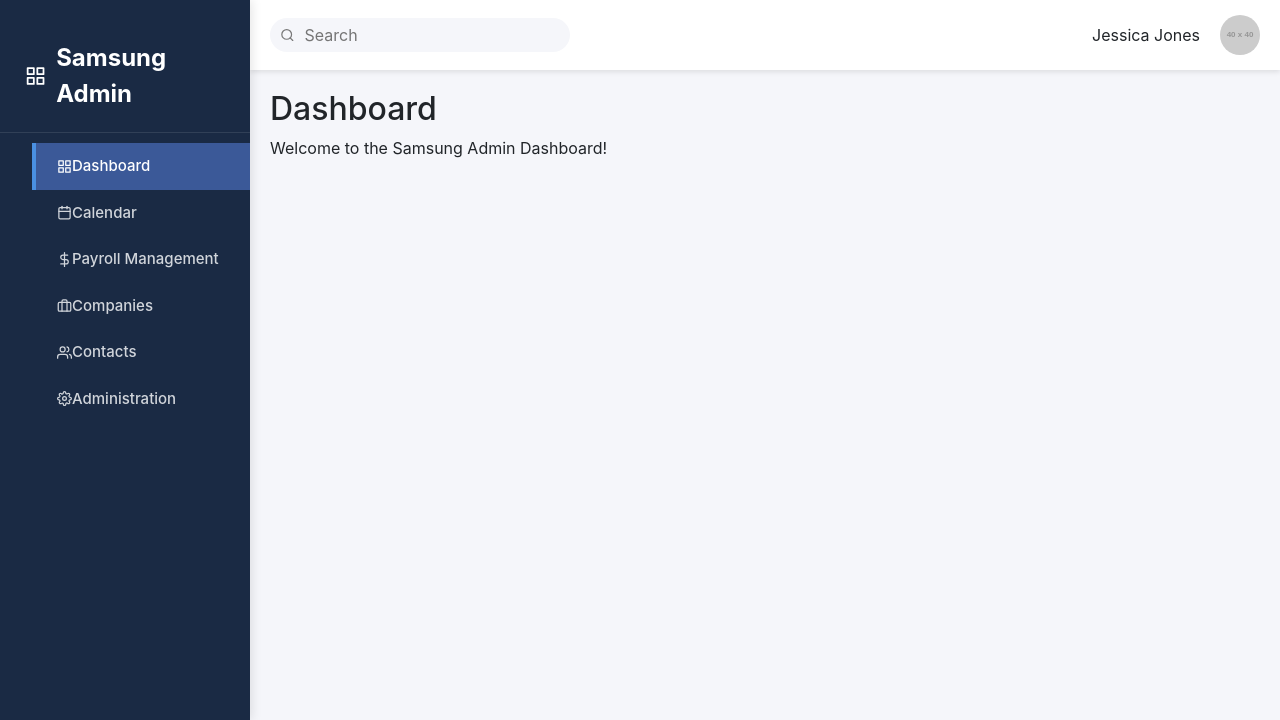
Repository: lenb2109136/HTTTQL
Page: /
These files come from the project's save history. The page is drawn as it stood at one moment and after the next save; the edit follows.
The browser window is 1280 px wide. The pictures show the whole page.
The project was rebuilt for these pictures with package versions that can differ from the ones it lists, and the page was loaded fresh each time.

Above is the page before, as saved 2025-03-28 12:06:49.

### src/index.js
import React from 'react';
import ReactDOM from 'react-dom/client';
import './index.css';
import App from './App';
import reportWebVitals from './reportWebVitals';
import 'bootstrap/dist/css/bootstrap.min.css'; // Import Bootstrap CSS
const root = ReactDOM.createRoot(document.getElementById('root'));
root.render(
  <React.StrictMode>
    <App />
  </React.StrictMode>
);

// If you want to start measuring performance in your app, pass a function
// to log results (for example: reportWebVitals(console.log))
// or send to an analytics endpoint. Learn more: https://bit.ly/CRA-vitals
reportWebVitals();

### src/App.js
// src/App.js
import React from 'react';
import { BrowserRouter as Router, Route, Routes } from 'react-router-dom';
import './App.css';
import Header from './component/admin/Header';
import Sidebar from './component/admin/SlideBar';
import Dashboard from './component/admin/Dashboard';

function App() {
  return (
    <Router>
      <div className="app">
        <Sidebar />
        <div className="main-content">
          <Header />
          <Routes>
            <Route path="/" element={<Dashboard />} />
          </Routes>
        </div>
      </div>
    </Router>
  );
}

export default App;

### src/App.css
/* src/App.css */
* {
  margin: 0;
  padding: 0;
  box-sizing: border-box;
  font-family: 'Inter', Arial, sans-serif; /* Sử dụng font hiện đại hơn */
}

.app {
  display: flex;
}

.main-content {
  flex: 1;
  margin-left: 250px;
  background-color: #f5f6fa;
  min-height: 100vh;
}

/* Sidebar */
.sidebar {
  width: 250px;
  height: 100vh;
  background-color: #1a2a44; /* Màu nền tối, chuyên nghiệp */
  color: white;
  position: fixed;
  top: 0;
  left: 0;
  padding-top: 20px;
  transition: all 0.3s ease; /* Hiệu ứng mượt mà khi thay đổi */
  box-shadow: 2px 0 10px rgba(0, 0, 0, 0.1); /* Thêm bóng nhẹ */
}

.sidebar .logo {
  font-size: 24px;
  font-weight: 700;
  padding: 20px 25px;
  color: #fff;
  display: flex;
  align-items: center;
  gap: 10px;
  border-bottom: 1px solid rgba(255, 255, 255, 0.1); /* Đường viền nhẹ */
}

.sidebar .logo i {
  font-size: 28px;
}

.sidebar ul {
  list-style: none;
  margin-top: 10px;
}

.sidebar ul li {
  padding: 12px 25px; /* Giảm padding để trông gọn gàng hơn */
  display: flex;
  align-items: center;
  cursor: pointer;
  transition: background-color 0.3s ease, padding-left 0.3s ease; /* Hiệu ứng mượt mà */
}

.sidebar ul li:hover {
  background-color: #2a3b5a; /* Màu hover sáng hơn một chút */
  padding-left: 30px; /* Hiệu ứng dịch chuyển nhẹ khi hover */
}

.sidebar ul li.active {
  background-color: #3b5998; /* Màu nền khi mục được chọn */
  border-left: 4px solid #4a90e2; /* Đường viền bên trái để làm nổi bật */
  padding-left: 21px; /* Điều chỉnh padding để cân đối với border */
}

.sidebar ul li a {
  color: #d1d5db; /* Màu chữ nhạt hơn cho trạng thái bình thường */
  text-decoration: none;
  display: flex;
  align-items: center;
  font-size: 15px;
  font-weight: 500;
  transition: color 0.3s ease;
}

.sidebar ul li a:hover,
.sidebar ul li.active a {
  color: #fff; /* Màu chữ trắng khi hover hoặc active */
}

.sidebar ul li a i {
  margin-right: 12px;
  font-size: 18px;
  color: #9ca3af; /* Màu biểu tượng nhạt hơn */
  transition: color 0.3s ease;
}

.sidebar ul li a:hover i,
.sidebar ul li.active a i {
  color: #fff; /* Màu biểu tượng trắng khi hover hoặc active */
}

/* Header */
.header {
  background-color: #fff;
  padding: 15px 20px;
  box-shadow: 0 2px 5px rgba(0, 0, 0, 0.1);
  display: flex;
  justify-content: space-between;
  align-items: center;
}

/* Page Content */
.page-content {
  padding: 20px;
}

### src/component/admin/header.js
// src/components/Header.js
import React, { useState } from 'react';
import { FiSearch, FiLogOut } from 'react-icons/fi';
import './Header.css';

const Header = () => {
  const [isDropdownOpen, setIsDropdownOpen] = useState(false);

  const toggleDropdown = () => {
    setIsDropdownOpen(!isDropdownOpen);
  };

  return (
    <div className="header">
      {/* Thanh tìm kiếm */}
      <div className="search-bar">
        <FiSearch className="search-icon" />
        <input type="text" placeholder="Search" />
      </div>

      {/* Phần bên phải: Tên người dùng và Avatar */}
      <div className="header-right">
        <span className="user-name">Jessica Jones</span>
        <div className="user-profile">
          <div className="avatar" onClick={toggleDropdown}>
            <img src="https://via.placeholder.com/40" alt="User Avatar" />
          </div>
          {isDropdownOpen && (
            <div className="dropdown-menu">
              <div className="dropdown-item">Jessica Jones</div>
              <div className="dropdown-item">jessica.jones@samsung.com</div>
              <div className="dropdown-item logout">
                <FiLogOut className="logout-icon" />
                Logout
              </div>
            </div>
          )}
        </div>
      </div>
    </div>
  );
};

export default Header;

### src/component/admin/SlideBar.js
// src/components/Sidebar.js
import React from 'react';
import { Link, useLocation } from 'react-router-dom';
import {
  FiGrid,
  FiCalendar,
  FiDollarSign,
  FiBriefcase,
  FiUsers,
  FiSettings,
} from 'react-icons/fi'; // Thay FiBuilding bằng FiBriefcase

const Sidebar = () => {
  const location = useLocation(); // Lấy URL hiện tại

  return (
    <div className="sidebar">
      <div className="logo">
        <FiGrid /> Samsung Admin
      </div>
      <ul>
        <li className={location.pathname === '/' ? 'active' : ''}>
          <Link to="/">
            <FiGrid /> Dashboard
          </Link>
        </li>
        <li className={location.pathname === '/calendar' ? 'active' : ''}>
          <Link to="/calendar">
            <FiCalendar /> Calendar
          </Link>
        </li>
        <li
          className={
            location.pathname === '/payroll-management' ? 'active' : ''
          }
        >
          <Link to="/payroll-management">
            <FiDollarSign /> Payroll Management
          </Link>
        </li>
        <li className={location.pathname === '/companies' ? 'active' : ''}>
          <Link to="/companies">
            <FiBriefcase /> Companies {/* Thay FiBuilding bằng FiBriefcase */}
          </Link>
        </li>
        <li className={location.pathname === '/contacts' ? 'active' : ''}>
          <Link to="/contacts">
            <FiUsers /> Contacts
          </Link>
        </li>
        <li className={location.pathname === '/administration' ? 'active' : ''}>
          <Link to="/administration">
            <FiSettings /> Administration
          </Link>
        </li>
      </ul>
    </div>
  );
};

export default Sidebar;

### src/component/admin/Dashboard.js
// src/pages/Dashboard.js
import React from 'react';

const Dashboard = () => {
  return (
    <div className="page-content">
      <h2>Dashboard</h2>
      <p>Welcome to the Samsung Admin Dashboard!</p>
    </div>
  );
};

export default Dashboard;

### src/component/admin/Header.css
/* src/components/Header.css */
.header {
  background-color: #fff;
  padding: 15px 20px;
  box-shadow: 0 2px 5px rgba(0, 0, 0, 0.1);
  display: flex;
  justify-content: space-between;
  align-items: center;
}

/* Thanh tìm kiếm */
.search-bar {
  display: flex;
  align-items: center;
  background-color: #f5f6fa;
  border-radius: 20px;
  padding: 5px 10px;
  width: 300px;
}

.search-bar input {
  border: none;
  background: none;
  outline: none;
  margin-left: 10px;
  width: 100%;
}

.search-icon {
  color: #777;
}

/* Phần bên phải */
.header-right {
  display: flex;
  align-items: center;
  gap: 20px;
}

/* Biểu tượng thông báo */
.notification {
  position: relative;
  cursor: pointer;
}

.notification-icon {
  font-size: 24px;
  color: #333;
}

.notification-badge {
  position: absolute;
  top: -5px;
  right: -5px;
  background-color: #ff4d4f;
  color: white;
  border-radius: 50%;
  padding: 2px 6px;
  font-size: 12px;
}

/* Avatar và Dropdown */
.user-profile {
  position: relative;
}

.avatar {
  width: 40px;
  height: 40px;
  border-radius: 50%;
  overflow: hidden;
  cursor: pointer;
}

.avatar img {
  width: 100%;
  height: 100%;
  object-fit: cover;
}

.dropdown-menu {
  position: absolute;
  top: 50px;
  right: 0;
  background-color: #fff;
  box-shadow: 0 2px 10px rgba(0, 0, 0, 0.1);
  border-radius: 5px;
  width: 200px;
  z-index: 1000;
}

.dropdown-item {
  padding: 10px 15px;
  border-bottom: 1px solid #f0f0f0;
  font-size: 14px;
  color: #333;
}

.dropdown-item:last-child {
  border-bottom: none;
}

.logout {
  display: flex;
  align-items: center;
  gap: 10px;
  color: #ff4d4f;
  cursor: pointer;
}

.logout-icon {
  font-size: 16px;
}

Loaded but not shown: public/index.html (common file); src/index.css (common file); src/reportWebVitals.js (common file)

After the next save:
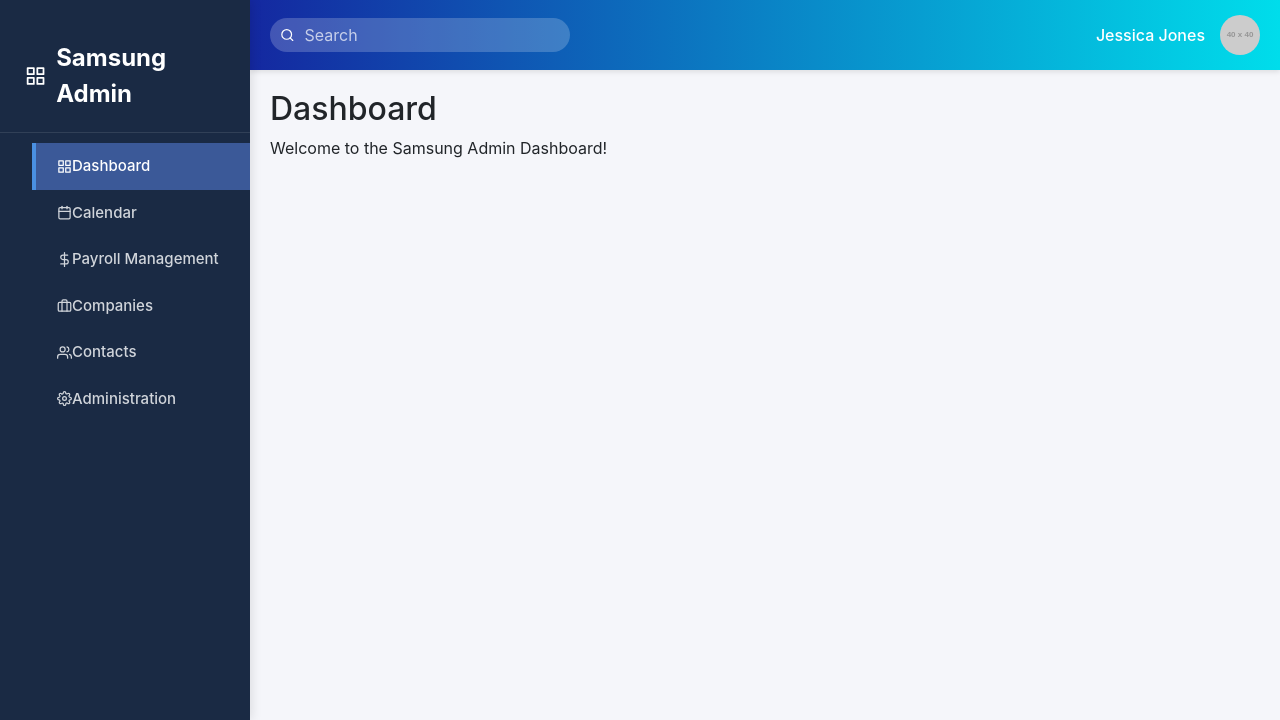
Saved 1 s later.
--- a/src/component/admin/Header.css
+++ b/src/component/admin/Header.css
@@ -1,18 +1,22 @@
 /* src/components/Header.css */
 .header {
-  background-color: #fff;
+  background: linear-gradient(
+    90deg,
+    #1428a0 0%,
+    #00ddeb 100%
+  ); /* Gradient của Samsung */
   padding: 15px 20px;
-  box-shadow: 0 2px 5px rgba(0, 0, 0, 0.1);
   display: flex;
   justify-content: space-between;
   align-items: center;
+  color: white;
 }
 
 /* Thanh tìm kiếm */
 .search-bar {
   display: flex;
   align-items: center;
-  background-color: #f5f6fa;
+  background-color: rgba(255, 255, 255, 0.2);
   border-radius: 20px;
   padding: 5px 10px;
   width: 300px;
@@ -24,39 +28,27 @@
   outline: none;
   margin-left: 10px;
   width: 100%;
+  color: white;
+}
+
+.search-bar input::placeholder {
+  color: rgba(255, 255, 255, 0.7);
 }
 
 .search-icon {
-  color: #777;
+  color: white;
 }
 
 /* Phần bên phải */
 .header-right {
   display: flex;
   align-items: center;
-  gap: 20px;
+  gap: 15px;
 }
 
-/* Biểu tượng thông báo */
-.notification {
-  position: relative;
-  cursor: pointer;
-}
-
-.notification-icon {
-  font-size: 24px;
-  color: #333;
-}
-
-.notification-badge {
-  position: absolute;
-  top: -5px;
-  right: -5px;
-  background-color: #ff4d4f;
-  color: white;
-  border-radius: 50%;
-  padding: 2px 6px;
-  font-size: 12px;
+.user-name {
+  font-size: 16px;
+  font-weight: 500;
 }
 
 /* Avatar và Dropdown */
